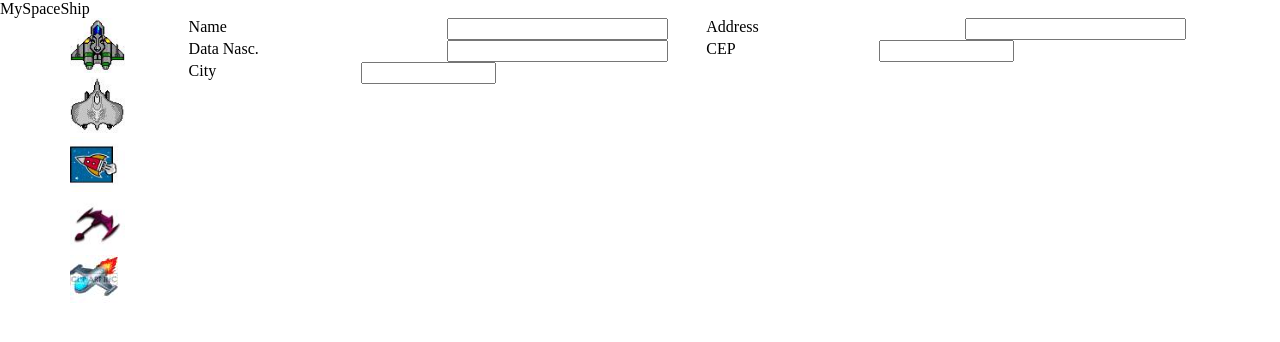
Repository: eudesf/MySpaceShip
Page: MySpaceShip/WebContent/Copy of formlayoutajax.html
An editor plug-in stored every save of this project. The page is shown before and after the next save, followed by the edit.
The browser window is 1280 px wide. The pictures show the whole page.

Above is the page before, as saved 2012-03-19 14:07:11.

After the next save:
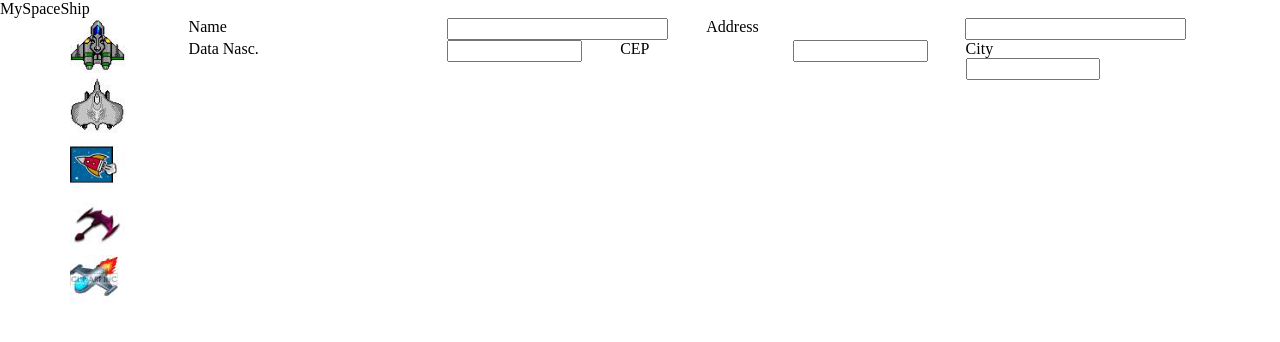
Saved 15 s later.
--- a/MySpaceShip/WebContent/Copy of formlayoutajax.html
+++ b/MySpaceShip/WebContent/Copy of formlayoutajax.html
@@ -75,7 +75,7 @@
 										<div class="threecol">
 											<label for="dtnasc">Data Nasc.</label>
 										</div>
-										<div class="threecol">
+										<div class="twocol">
 											<input id="dtnasc" class="w100p" type="text" />
 										</div>
 										<div class="twocol">
